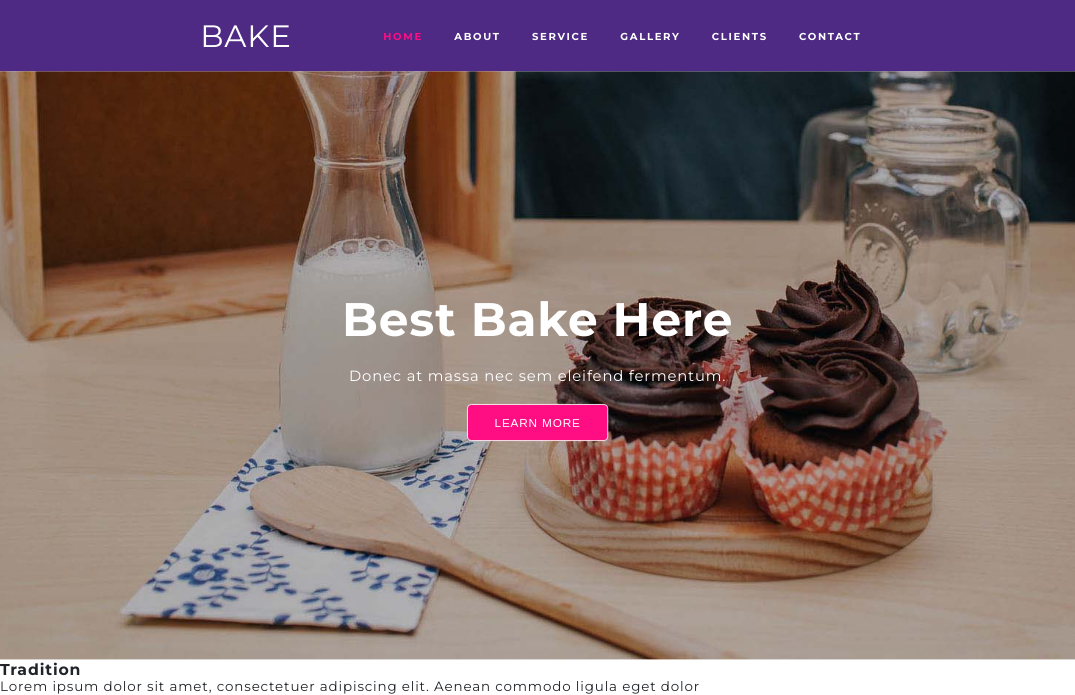
Repository: ducdatit2002/bake-cake
Page: index.html
The author's editor kept a copy of each file at every save. The page is drawn from the files as they stood at one save, then again after a run of saves.
The browser window is 1280 px wide. The pictures show the whole page, at 84% of full size.

Above is the page before, as saved 2023-07-13 11:57:59.

After the next 3 saves:
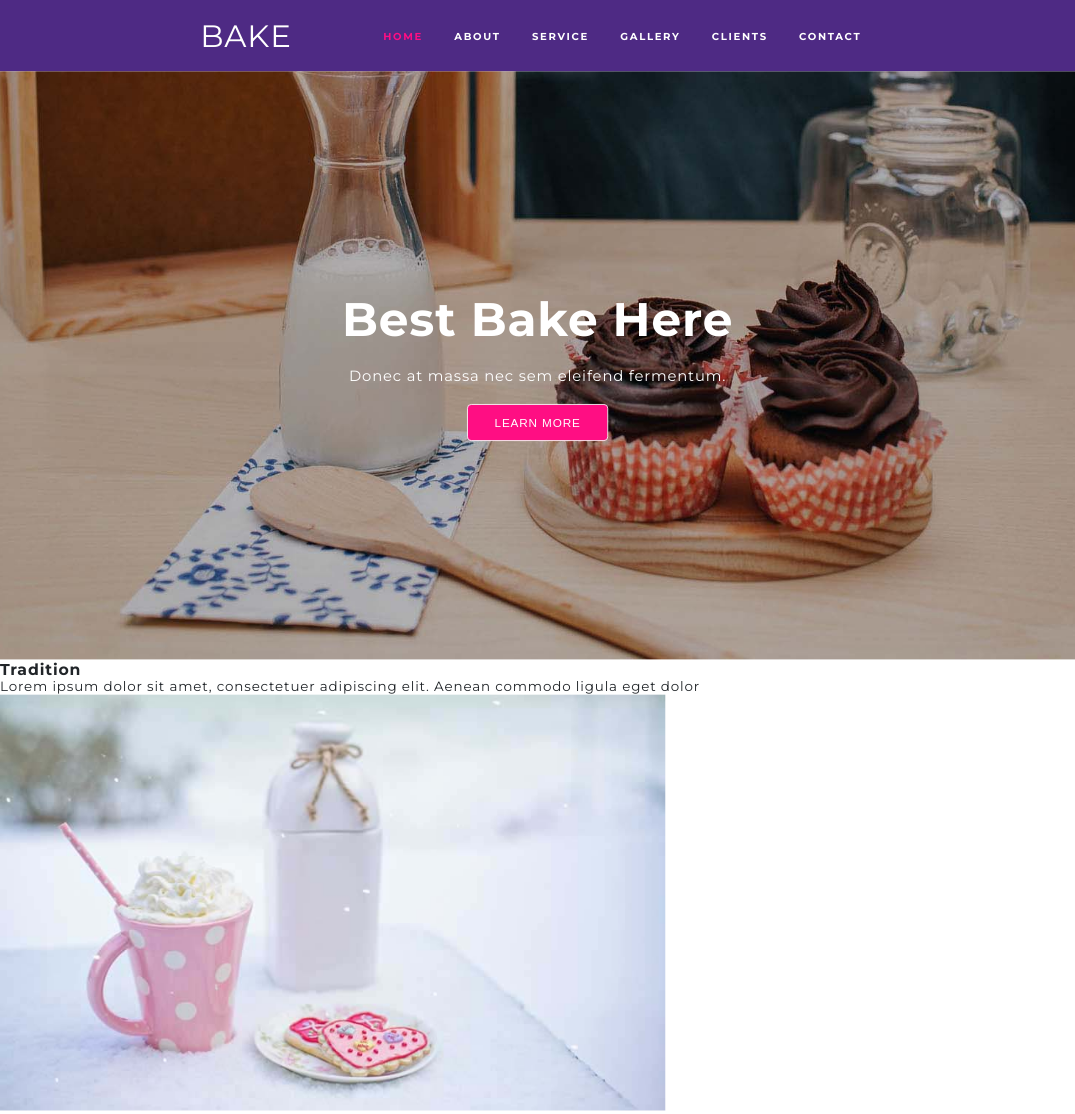
The 3 saves are shown as one change because they came seconds apart.
The last was saved 12 s later.
--- a/index.html
+++ b/index.html
@@ -50,7 +50,7 @@
             </div>
         </div>
         <div class="intro__item">
-            <div></div>
+            <img src="./img/ab1.jpg" alt="">
         </div>
     </section>
     <!-- NUMBER -->
